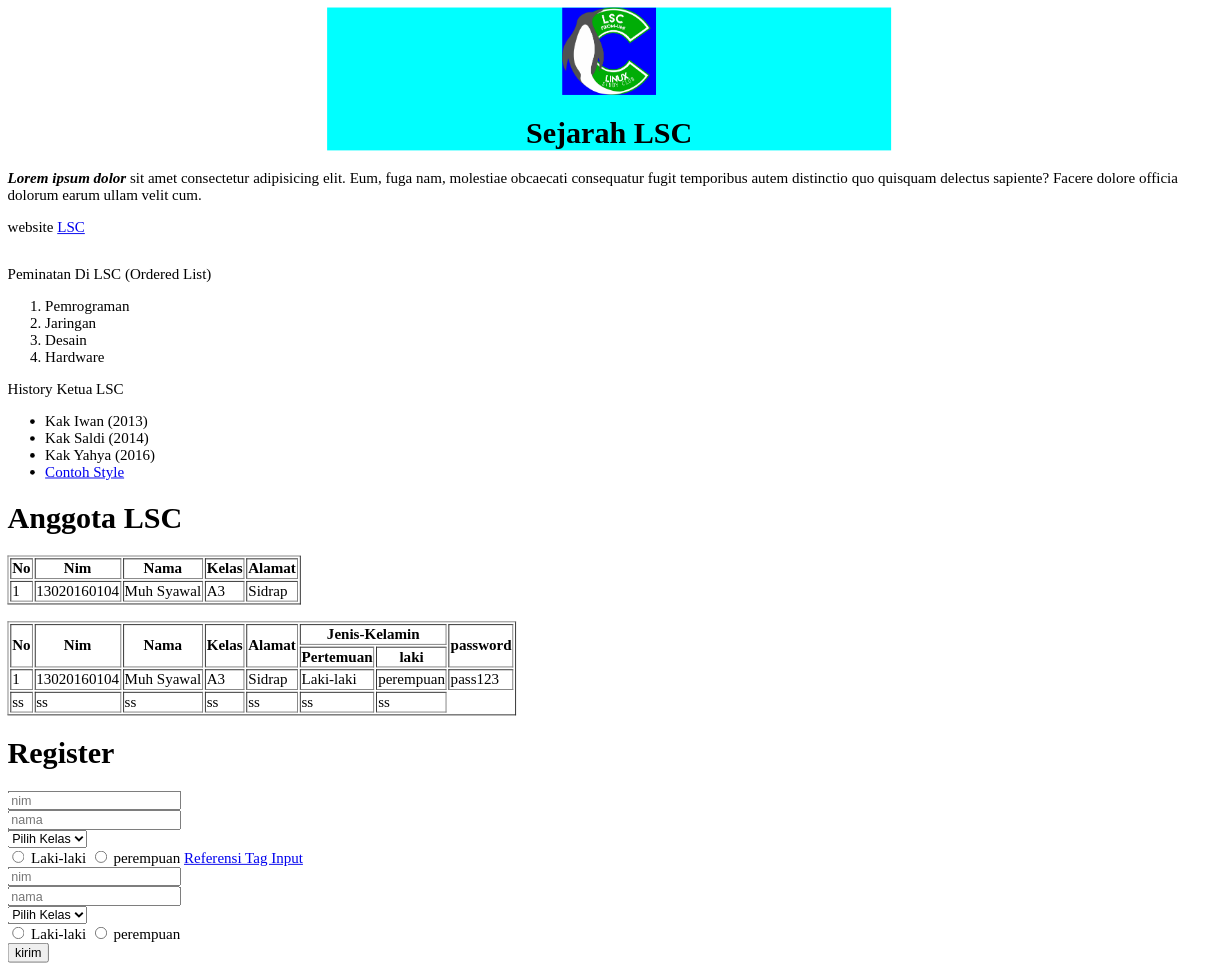
Repository: syawal2kalii/HelloWorld
Page: pertemuan 2/basichtml.htm
The author's editor kept a copy of each file at every save. The page is drawn from the files as they stood at one save, then again after the next save.
The browser window is 1280 px wide. The page is 1288 px wide, so the pictures cover 1288 px, including what lies to the right of the window. The pictures show the whole page, at 94% of full size.

Above is the page before, as saved 2019-11-18 10:28:06.

### pertemuan 2/basichtml.htm

<!--
Pertemuan 4
Overview
    Struktur Dasar
    Struktur Tag
        *Tag,Atribute,Property
    Berkenalan Dengan Beberapa Tag
        *image
        *header
        *Paragraph
        *Text Style (Bold,italic,font)
        *a
        *list
        *Table (colspan & Rowspan)
        *input
        *form
        *link import
    Dimensi dari setiap tag (block,inline)
    Studi Case : login,register,table user (No Style)

     -->

<!DOCTYPE html>
<html lang="en">
<head>
    <meta charset="UTF-8">
    <meta name="viewport" content="width=device-width, initial-scale=1.0">
    <meta http-equiv="X-UA-Compatible" content="ie=edge">
    <title>Basic HTML (Pertemuan 5)</title>
    <link rel="stylesheet" href="basic.css">
</head>
<body>
    <!-- tag atribute value
        global -> style,class (https://www.w3.org/TR/2010/WD-html-markup-20101019/global-attributes.html)
        local -> src
    -->
    <div class="brand">
            <img src="LOGO LSC.png" alt="">
            <center><h1>Sejarah LSC</h1></center>
    </div>

    <p> <b><i>Lorem ipsum dolor</i></b>  sit amet consectetur adipisicing elit. Eum, fuga nam,
         molestiae obcaecati consequatur fugit temporibus autem distinctio quo quisquam
          delectus sapiente? Facere dolore officia dolorum earum ullam velit cum. </p>

    <p>website <a href="http://www.lscumi.info.tm">LSC</a> </p>
    <img src="" alt="">
   <p> Peminatan Di LSC (Ordered List) </p>
    <ol>
        <li>Pemrograman</li>
        <li>Jaringan</li>
        <li>Desain</li>
        <li>Hardware</li>
    </ol>

    <p>History Ketua LSC</p>
    <ul>
        <li>Kak Iwan (2013)</li>
        <li>Kak Saldi (2014)</li>
        <li>Kak Yahya (2016)</li>
        <li><a href="https://www.w3schools.com/html/html_lists.asp">Contoh Style</a></li>
    </ul>

    <h1>Anggota LSC</h1>
    <table border="1"> <!-- tag pembuka -->
        <tr> <!-- table row -->
            <th>No</th> <!-- table Head -->
            <th>Nim</th>
            <th>Nama</th>
            <th>Kelas</th>
            <th>Alamat</th>
        </tr>
        <tr>
            <td>1</td> <!-- table Data -->
            <td>13020160104</td> <!-- table Data -->
            <td>Muh Syawal</td> <!-- table Data -->
            <td>A3</td> <!-- table Data -->
            <td>Sidrap</td> <!-- table Data -->
        </tr>
    </table> <!-- tag penutup -->

    <table border="1">

        <tr>
            <th rowspan="2">No</th>
            <th rowspan="2">Nim</th>
            <th rowspan="2">Nama</th>
            <th rowspan="2">Kelas</th>
            <th rowspan="2">Alamat</th>
            <th colspan="2">Jenis-Kelamin</th>
            <th rowspan="2">password</th>
        </tr>

        <tr>

               <th>Pertemuan</td>
               <th>laki</td>

        </tr>
        <tr>
            <td>1</td>
            <td>13020160104</td>
            <td>Muh Syawal</td>
            <td>A3</td>
            <td>Sidrap</td>
            <td>Laki-laki</td>
            <td>perempuan</td>
            <td>pass123</td>
        </tr>
        <br>
        <tr>
                <td>ss</td>
                <td>ss</td>
                <td>ss</td>
                <td>ss</td>
                <td>ss</td>
                <td>ss</td>
                <td>ss</td>
            </tr>
    </table>

    <!-- tag input -->
    <h1>Register</h1>
    <input placeholder="nim" name="nim" type="number"> <br>
    <input type="text" placeholder="nama" name="nama" id=""> <br>

    <select name="kelas" id="">
        <option value="">Pilih Kelas</option>
        <option value="A1">A1</option>
        <option value="A1">A2</option>
        <option value="A1">A3</option>
        <option value="A1">A4</option>
    </select>
    <br>
    <input type="radio" name="jk" value="laki" id=""> Laki-laki
    <input type="radio" name="jk" value="laki" id=""> perempuan

    <a href="https://www.w3schools.com/tags/tag_input.asp">Referensi Tag Input</a>

    <!-- form -->
    <form action="" method="get">
            <input placeholder="nim" name="nim" type="number"> <br>
            <input type="text" placeholder="nama" name="nama" id=""> <br>

            <select name="kelas" id="">
                <option value="">Pilih Kelas</option>
                <option value="A1">A1</option>
                <option value="A1">A2</option>
                <option value="A1">A3</option>
                <option value="A1">A4</option>
            </select>
            <br>
            <input type="radio" name="jk" value="laki" id=""> Laki-laki
            <input type="radio" name="jk" value="laki" id=""> perempuan <br>
            <input type="button" value="kirim">
    </form>
    <!-- <link rel="stylesheet" href="lscumi.info.tm">Ini link ke website LSC -->


</body>


</html>

<!-- Cat
    1.tag a harus pake https
    2.fungsi name di setiap atribute (radio)
    3.perbedaan get & post
    4.atribut action pada form

-->

<!--
    Langkah :

 -->

### pertemuan 2/basic.css
/*
Pertemuan 2
Overview
    Struktur Dasar
    internal & external CSS
    Selector
    Property & Value
    color,display.position
    Studi Case : BasicApps(login,register,table user)

*/

/*
    *Struktur CSS

       -Selector -> Tag,Id,Class
       -property -> color
       -value -> blue

*/
body{
    width: 100%;
}

.brand{
    width: 600px;
    background-color: aqua;
    margin: auto;
}

img{

    background-color: blue;
    display: block;
    width: 100px;
    margin: auto;
}


/*
    CAT :
    multi property
    pengelompokkan div
*/

After the next save:
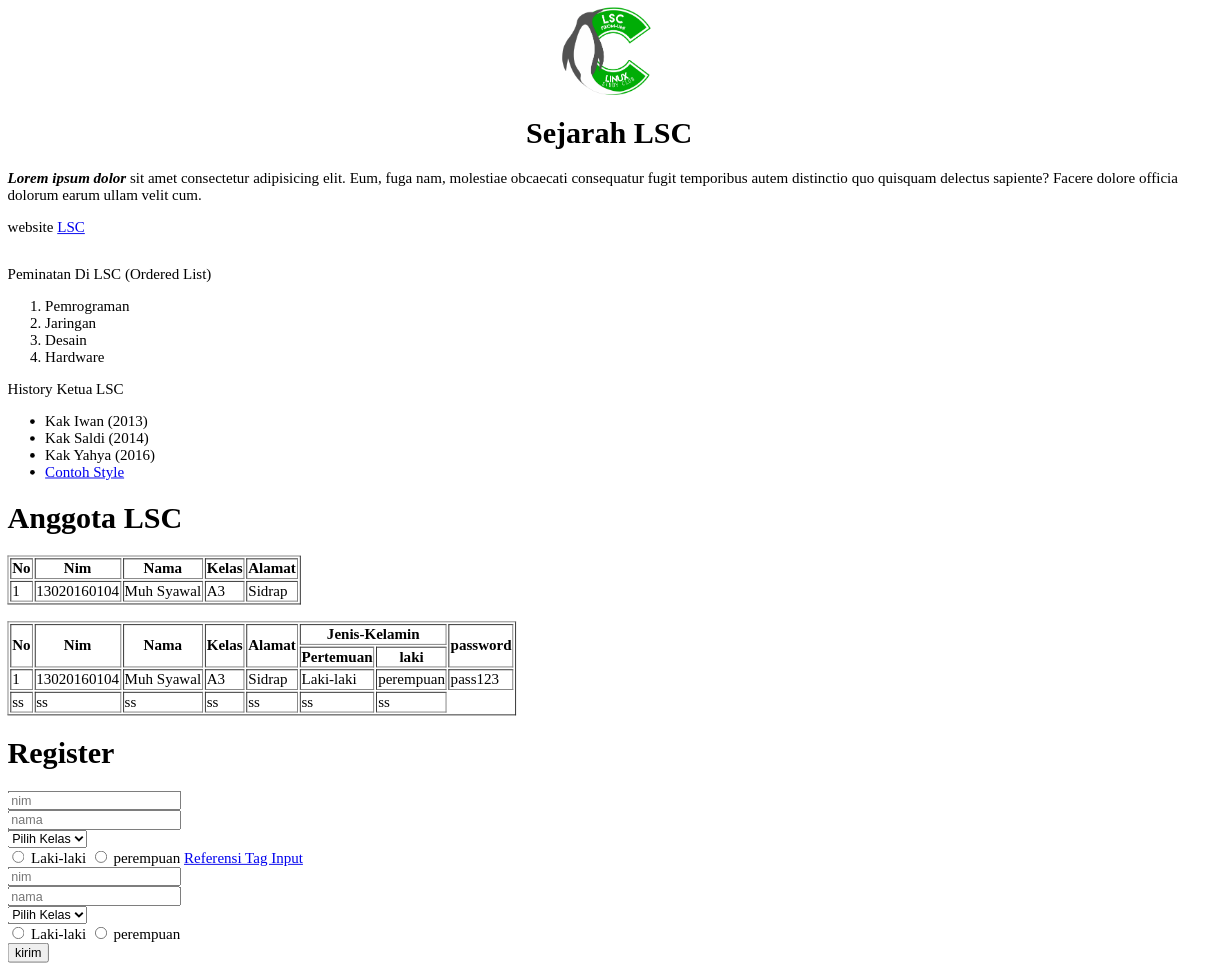
Saved 3 min 20 s later.
--- a/pertemuan 2/basic.css
+++ b/pertemuan 2/basic.css
@@ -24,13 +24,13 @@ body{
 
 .brand{
     width: 600px;
-    background-color: aqua;
+    /* background-color: aqua; */
     margin: auto;
 }
 
 img{
 
-    background-color: blue;
+    /* background-color: blue; */
     display: block;
     width: 100px;
     margin: auto;
